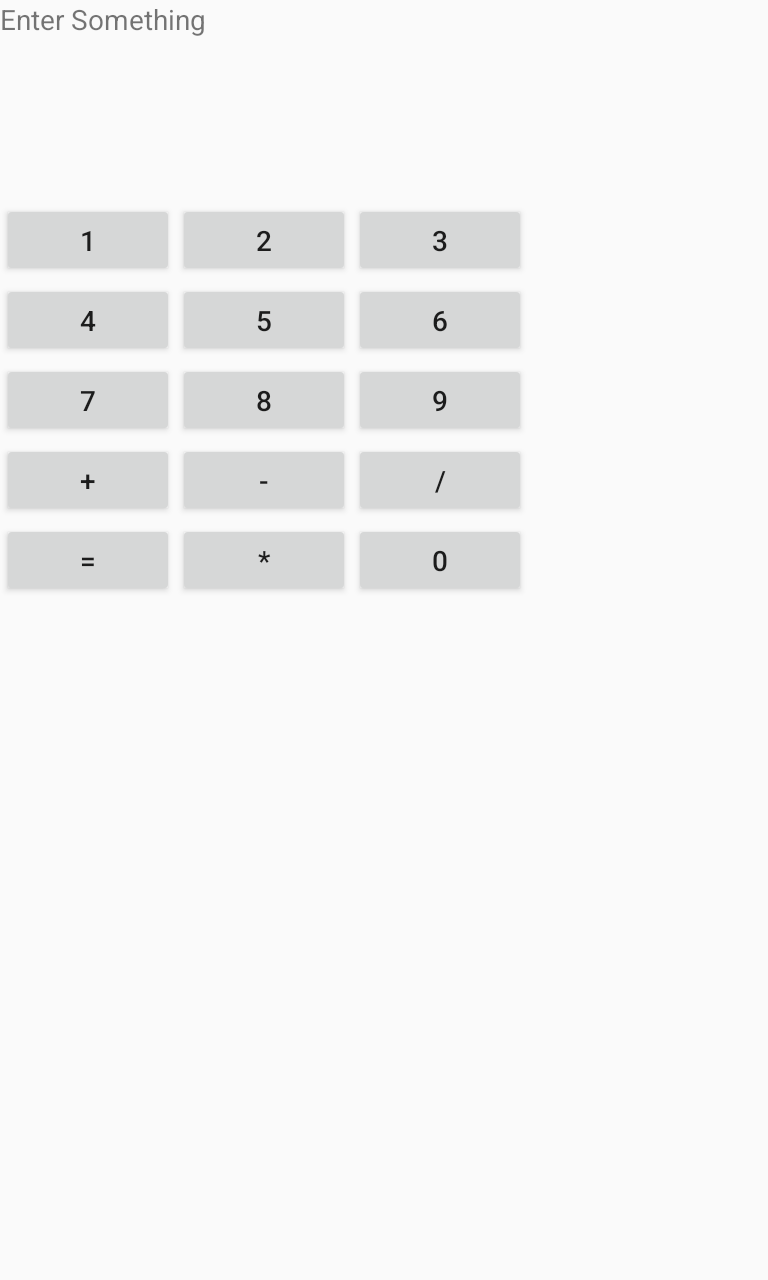
Repository: apoorvelec/AndroidApps
Layout: Calculator/res/layout/activity_main.xml
These files come from the project's save history. The layout is drawn as it stood at one moment and after the next save; the edit follows.
It is drawn on a 768 x 1280 px phone screen (xhdpi) without system bars, with theme AppTheme; the app's code is not run.

Above is the layout before, as saved 2016-05-22 00:15:23.

After the next save:
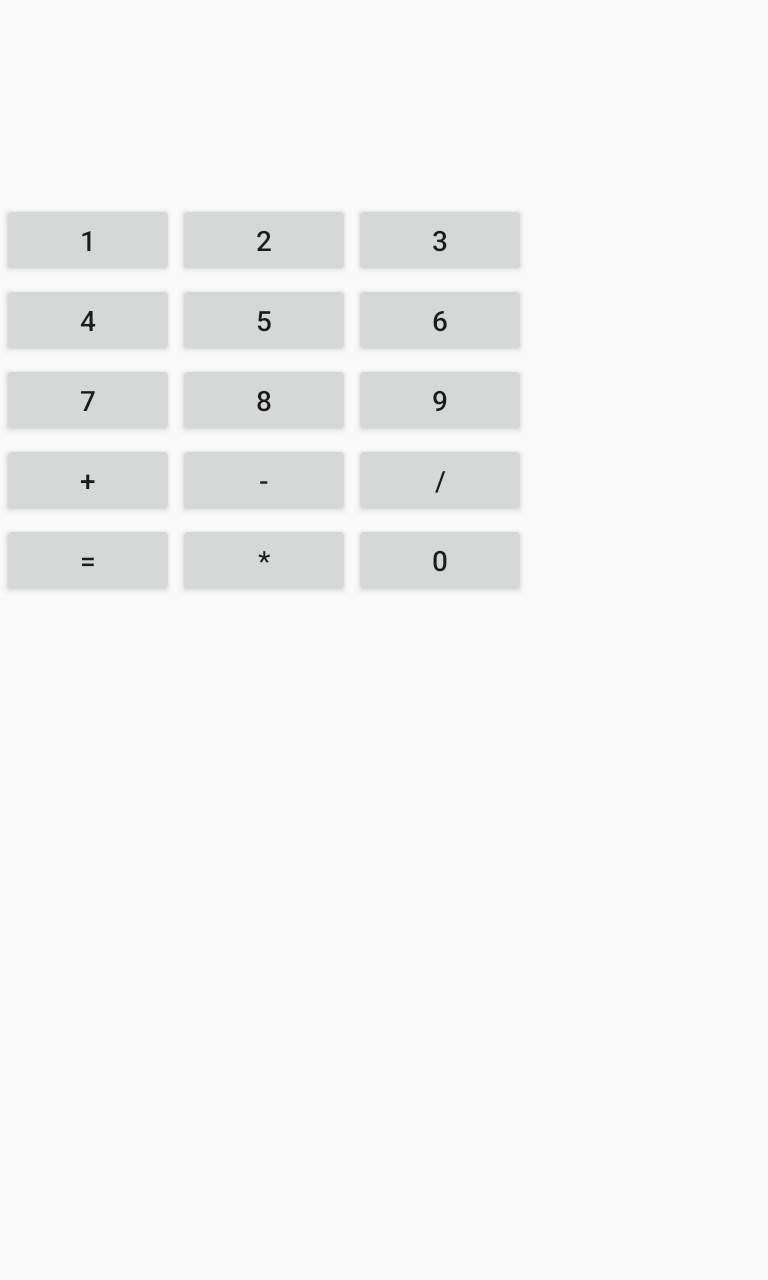
Saved 3 min 52 s later.
--- a/Calculator/res/layout/activity_main.xml
+++ b/Calculator/res/layout/activity_main.xml
@@ -4,7 +4,8 @@
    android:layout_height="fill_parent"
    android:orientation="vertical" >
 
-   <TextView android:id="@+id/text"
+   <!--This is the Calculator's topmost output screen  -->
+   <ScrollView android:id="@+id/text"
       android:layout_width="wrap_content"
       android:layout_height="100dp"
       android:text="Enter Something" />

After the save that followed:
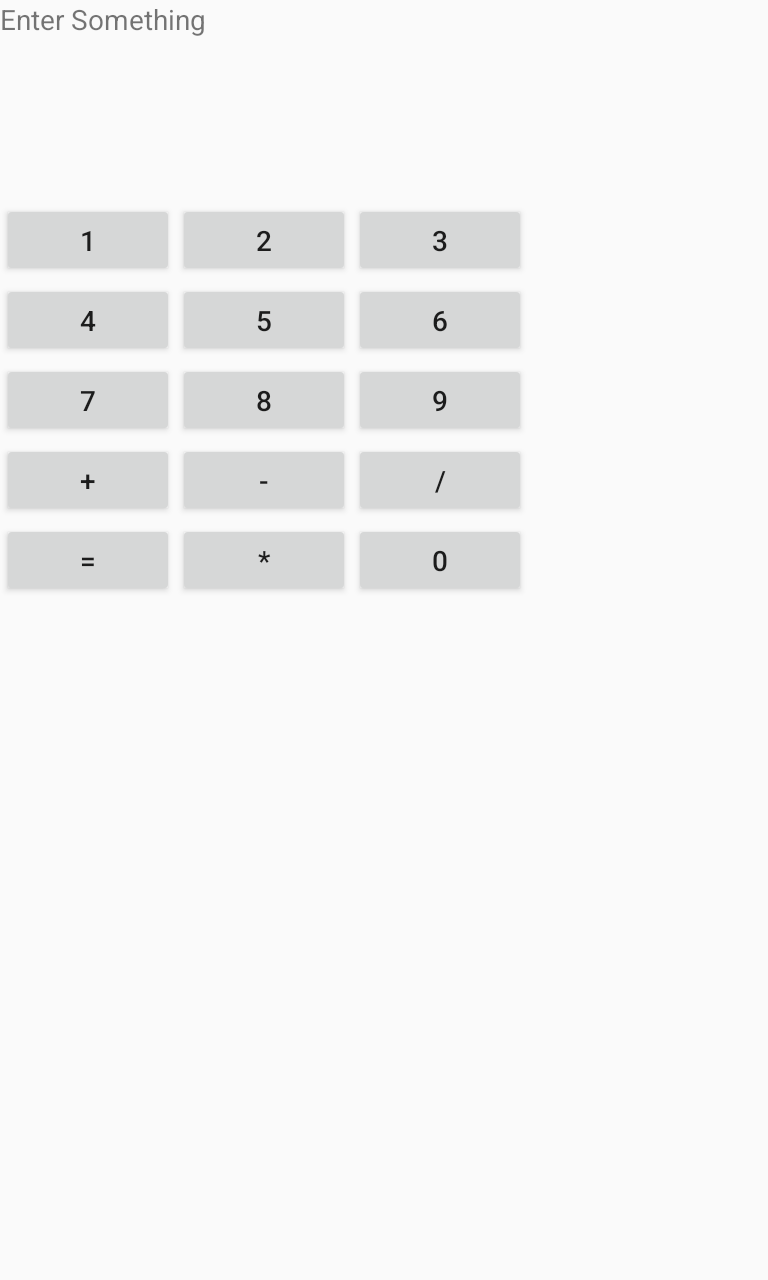
Saved 35 s later.
--- a/Calculator/res/layout/activity_main.xml
+++ b/Calculator/res/layout/activity_main.xml
@@ -5,7 +5,7 @@
    android:orientation="vertical" >
 
    <!--This is the Calculator's topmost output screen  -->
-   <ScrollView android:id="@+id/text"
+   <TextView android:id="@+id/text"
       android:layout_width="wrap_content"
       android:layout_height="100dp"
       android:text="Enter Something" />
